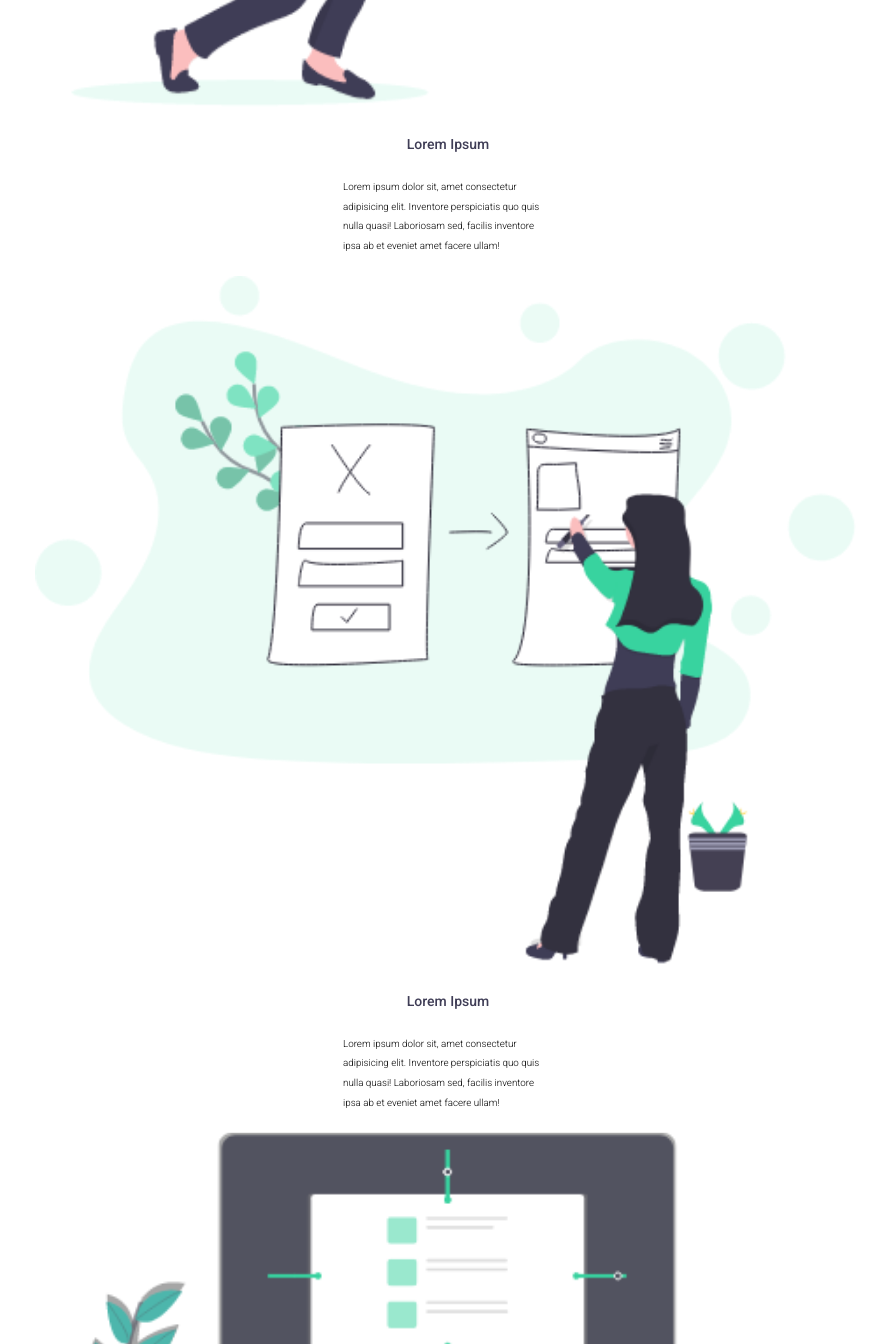
Repository: kebinh1235/porfolio-demo
Page: index.html
An editor plug-in stored every save of this project. The page is shown before and after the next save, followed by the edit.
The browser window is 1280 px wide. The pictures show the part of the page from y = 1626 to 3546 px (the page is 4097 px tall before and 4067 px after), at 70% of full size.
Some web libraries are served in a nearby version.

Above is the page before, as saved 2021-10-20 16:16:22.

### index.html
<!DOCTYPE html>
<html lang="en">
<head>
  <meta charset="UTF-8">
  <meta http-equiv="X-UA-Compatible" content="IE=edge">
  <meta name="viewport" content="width=device-width, initial-scale=1.0">
  <title>Document</title>
  <!--CSS-->
  <link rel="stylesheet" href="./css/style.css">
</head>
<body>
  <!-- header -->
  <header>
    <div class="container">
      <nav class="navbar">
        <!-- logo -->
        <div class="navbar__logo">
          <img src="./img/logo.svg" alt="Website logo">
        </div>
        <!-- links -->
        <ul class="navbar__list">
          <li class="navbar__item"><a href="#" class="navbar__link">Home</a></li>
          <li class="navbar__item"><a href="#" class="navbar__link">About</a></li>
          <li class="navbar__item"><a href="#" class="navbar__link">Resume</a></li>
          <!-- <li class="navbar__item"><a href="#" class="navbar__link btn navbar__mobile-active">Contact Us</a></li> -->
          <a href="#"><button class="btn navbar__btn">Contact Us</button></a>
        </ul>
        <!-- menu mobile -->
        <div class="navbar__icons">
          <div class="navbar__icon"></div>
        </div>
      </nav>
    </div>
  </header>
  <!-- banner -->
  <section id="banner">
    <div class="container">
      <!-- img -->
      <div class="banner__img">
        <img src="./img/banner-img.png" alt="Of Women">
      </div>
      <!-- heading -->
      <div class="banner__heading">
        <h1>Hello I'm Lisa</h1>
        <p>Lorem ipsum dolor sit amet consectetur adipisicing elit. Sint totam possimus odio voluptates vitae quo repudiandae dolorum quibusdam eveniet eos!</p>
        <a href="#"><button class="btn banner__btn">View More</button></a>
        <div class="banner__social">
          <a href="#"><i class="fab fa-dribbble"></i></a>
          <a href="#"><i class="fab fa-behance"></i></a>
          <a href="#"><i class="fab fa-linkedin-in"></i></a>
        </div>
      </div>
    </div>
  </section>
  <!-- thing to do -->
  <section id="things">
    <div class="container">
      <!-- item 1 -->
      <div class="things__item">
        <!-- img -->
        <img src="./img/things-item-1.png" alt="Of Women">
        <!-- heading -->
        <div class="things__item-heading">
          <span>Lorem Ipsum</span>
          <p>Lorem ipsum dolor sit, amet consectetur adipisicing elit. Inventore perspiciatis quo quis nulla quasi! Laboriosam sed, facilis inventore ipsa ab et eveniet amet facere ullam!</p>
        </div>
      </div>
      <!-- item 2 -->
      <div class="things__item">
        <!-- img -->
        <img src="./img/things-item-2.png" alt="Of Women">
        <!-- heading -->
        <div class="things__item-heading">
          <span>Lorem Ipsum</span>
          <p>Lorem ipsum dolor sit, amet consectetur adipisicing elit. Inventore perspiciatis quo quis nulla quasi! Laboriosam sed, facilis inventore ipsa ab et eveniet amet facere ullam!</p>
        </div>
      </div>
      <!-- item 3 -->
      <div class="things__item">
        <!-- img -->
        <img src="./img/things-item-3.png" alt="Of Women">
        <!-- heading -->
        <div class="things__item-heading">
          <span>Lorem Ipsum</span>
          <p>Lorem ipsum dolor sit, amet consectetur adipisicing elit. Inventore perspiciatis quo quis nulla quasi! Laboriosam sed, facilis inventore ipsa ab et eveniet amet facere ullam!</p>
        </div>
      </div>

    </div>
  </section>
  <!--Font awesome-->
  <script src="https://kit.fontawesome.com/5d1e581bbe.js" crossorigin="anonymous"></script>
  <!--JS-->
  <script src="./js/main.js"></script>
</body>
</html>

### css/style.css
@import url('https://fonts.googleapis.com/css2?family=Roboto:wght@300;500&display=swap');
:root {
  --green: #54B192;
  --green-l: #A4CEC0;
  --gray: #3F3D56;
  --white: #fff;
  --smooth: all .3s linear;
}
* {
  margin: 0;
  padding: 0;
  box-sizing: border-box;
  list-style-type: none;
  text-decoration: none;
}
html {
  scroll-behavior: smooth;
  font-size: 62.5%;
}
body {
  font-family: "Roboto", sans-serif;
}
img {
  max-width: 100%;
  width: 100%;
}
.container {
  max-width: 1200px;
  width: 100%;
  margin: 0 auto;
  padding: 0 10px;
}
.btn {
  text-align: center;
  background: var(--gray);
  color: var(--white);
  padding: .8rem 2.5rem;
  border: none;
  border-radius: 100px;
  cursor: pointer;
  transition: var(--smooth);
}
.btn:hover {
  background: var(--green-l);
  transition: var(--smooth);
}
/*header*/
header {
  position: fixed;
  width: 100%;
}
.navbar {
  display: flex;
  justify-content: space-between;
  align-items: center;
  padding: 20px 0;
}
.navbar__logo {
  width: 57px;
  height: 57px;
  object-fit: cover;
}
.navbar__logo img {
  width: 100%;
}
.navbar__list{
  position: fixed;
  top: 0;
  left: 0;
  bottom: 0;
  background: var(--gray);
  width: 60%;
  max-width: 100%;
  transform: translateX(-100%);
  opacity: 0;
  transition: var(--smooth);
  z-index: 10;
}
.navbar__list.navbar__open {
  transform: translateX(0);
  opacity: 1;
}
.navbar__link{
  padding: 20px;
  font-size: 1.4rem;
  display: block;
  color: var(--white);
}
.navbar__link:hover {
  color: var(--green);
  transition: var(--smooth);
}
.navbar__btn{
  font-size: 1.4rem;
  margin: 20px;
  background: var(--green);
}
/*Menu icon*/
.navbar__icons{
  display: flex;
  justify-content: center;
  align-items: center;
  width: 50px;
  height: 50px;
  cursor: pointer;
  transition: var(--smooth);
  z-index: 10;
}
.navbar__icon{
  width: 40px;
  height: 6px;
  border-radius: 5px;
  background: var(--gray);
  position: relative;
  transition: var(--smooth);
}
.navbar__icon:before,
.navbar__icon:after {
  content: '';
  position: absolute;
  width: 40px;
  height: 6px;
  border-radius: 5px;
  background: var(--gray);
  transition: var(--smooth);
}
.navbar__icon:before {
  transform: translateY(-12px)
}
.navbar__icon:after {
  transform: translateY(12px)
}
/* menu icon animation */
.open .navbar__icon {
  transform: translateX(-50px);
  background: transparent;
}
.open .navbar__icon:before {
  transform: rotate(45deg) translate(35px, -35px);
}
.open .navbar__icon:after {
  transform: rotate(-45deg) translate(35px, 35px);
}
@media screen and (min-width: 992px) {
  .navbar__list {
    display: flex;
    justify-content: flex-end;
    align-items: center;
    transform: translateX(0);
    position: initial;
    opacity: 1;
    background: transparent;
  }
  .navbar__link {
    color: var(--gray);
  }
  .navbar__btn {
    background: var(--gray);
  }
  .navbar__icons {
    display: none;
  }
}

/* banner */
#banner {
  position: relative;
  height: 100vh;
  display: flex;
  align-items: center;
}
.banner__img {
  position: absolute;
  top: 0;
  right: 0;
  z-index: -1;
}
.banner__heading {
  max-width: 300px;
  margin: 0 auto;
  text-align: center;
}
.banner__heading h1 {
  font-size: 2rem;
  padding-top: 4em;
  margin-bottom: .8em;
}
.banner__heading p {
  font-weight: 300;
  line-height: 2em;
  margin-bottom: 1.5em;
  font-size: 1.5rem;
}
.banner__social {
  display: flex;
  align-items: center;
  justify-content: space-evenly;
  margin-top: 3em;
  font-size: 1.5rem;
}
.banner__social a {
  color: var(--gray);
  transition: var(--smooth);
}
.banner__social a:hover {
  color: var(--green-l);
}

@media (min-width: 992px) {
    .banner__img {
      width: 60%;
    }
    .banner__heading {
      text-align: initial;
      margin: 0;
      padding-top: 0;
    }
    .banner__social {
      justify-content: flex-start;
    }
    .banner__social a {
      margin-right: 45px;
    }
}

/* thing to do */
#things {
  position: relative;
  overflow-x: hidden;
  margin-top: 15em;
}
.things__item span {
  display: block;
  text-align: center;
  color: var(--gray);
  margin-bottom: 1em;
  font-size: 2rem;
}
.things__item {
  margin: 3em 0;
}
.things__item img {
  padding-bottom: 4em;
}
.things__item--heading {
  text-align: center;
  color: var(--gray);
}
.things__item-heading p {
  max-width: 300px;
  font-weight: 300;
  line-height: 2em;
  margin: 0 auto;
  padding-top: 1em;
  font-size: 1.4rem;
}

### js/main.js
const menu = document.querySelector('.navbar__list');
const menuIcon = document.querySelector('.navbar__icons')

menuIcon.addEventListener('click', () =>{
  menu.classList.toggle('navbar__open');
  menuIcon.classList.toggle('open');
})

After the next save:
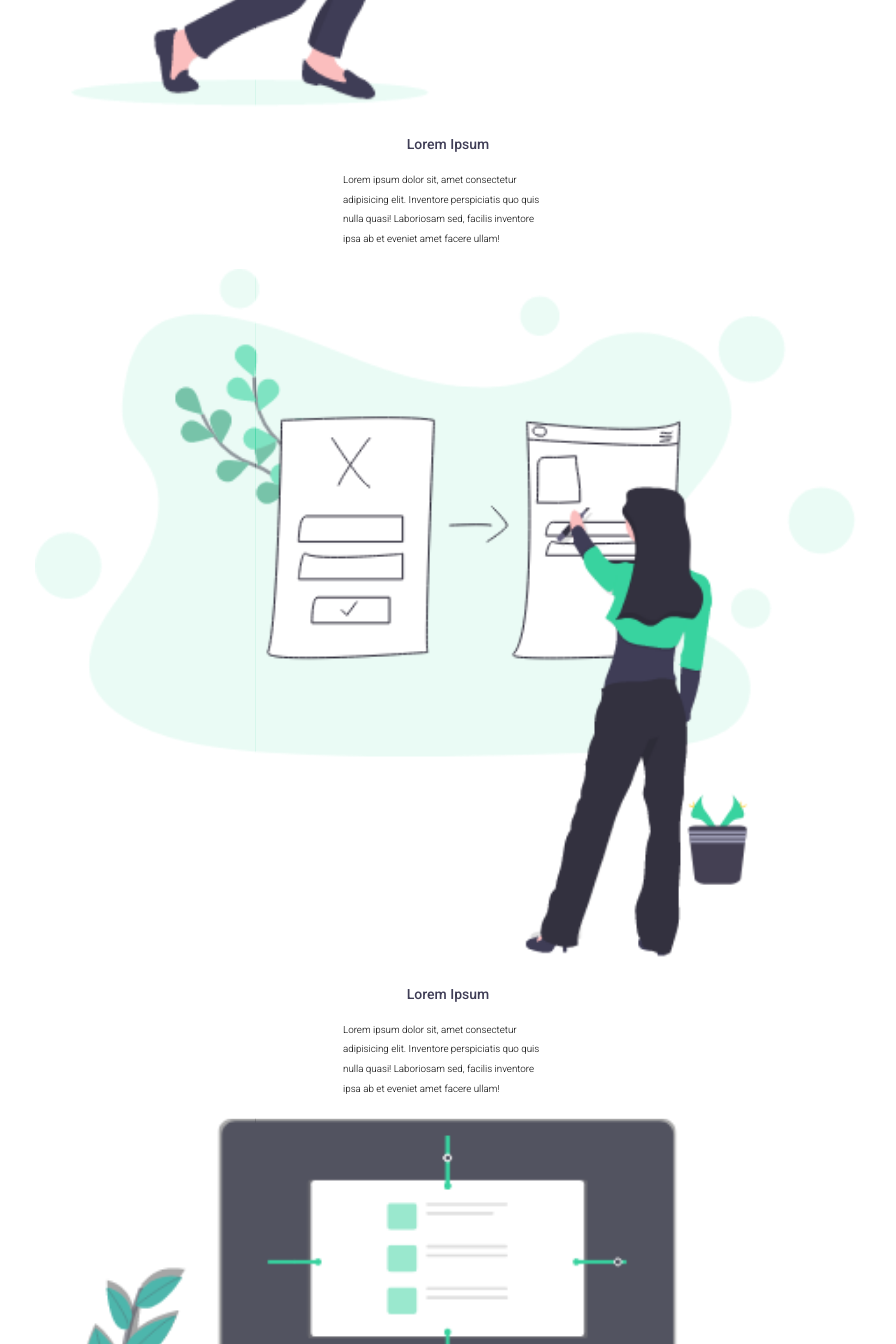
Saved 14 s later.
--- a/css/style.css
+++ b/css/style.css
@@ -233,7 +233,7 @@ header {
   display: block;
   text-align: center;
   color: var(--gray);
-  margin-bottom: 1em;
+  margin-bottom: .5em;
   font-size: 2rem;
 }
 .things__item {
